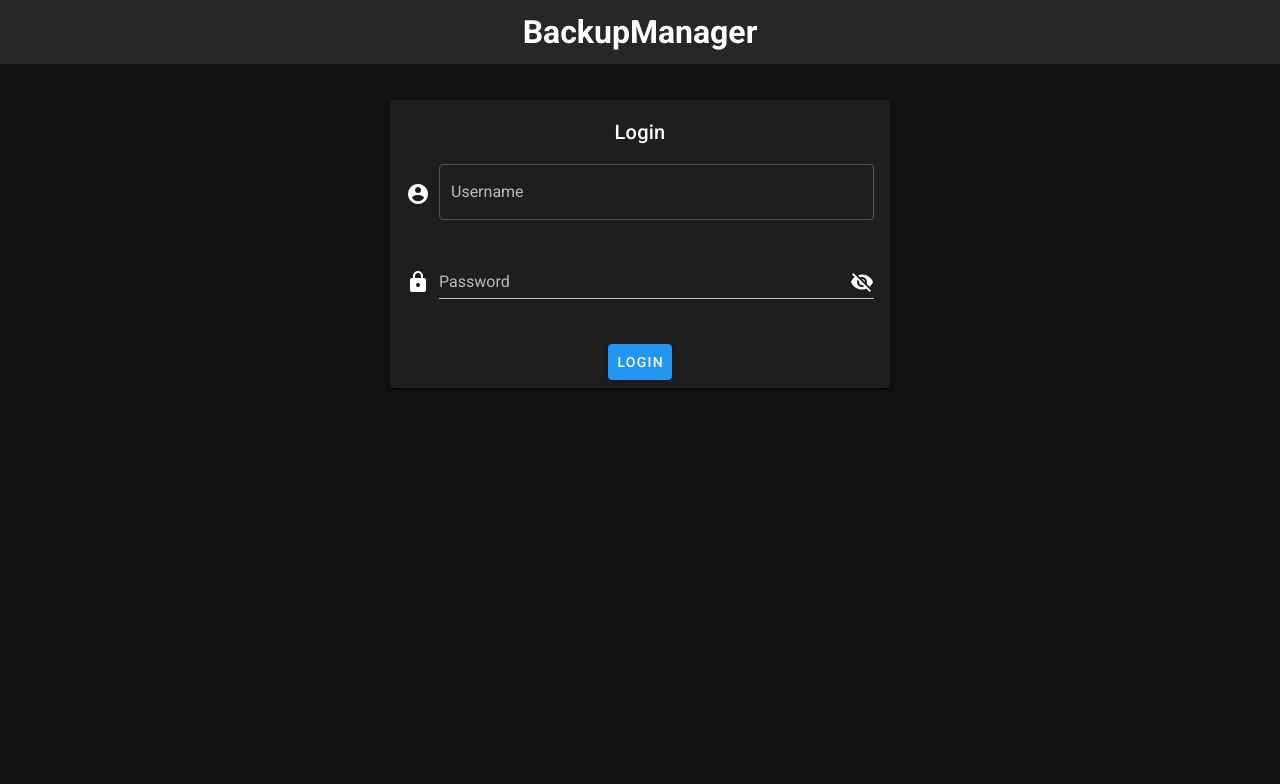
Repository: Erik966/Backup-Manager-Frontend
Page: /
An editor plug-in stored every save of this project. The page is shown before and after the next save, followed by the edit.
The browser window is 1280 px wide. The pictures show the whole page.
The project was rebuilt for these pictures with package versions that can differ from the ones it lists, and the page was loaded fresh each time. Also part of the build but not shown: vue.config.js, src/components/Navigation.vue, src/views/secure.vue, src/components/Settings.vue, src/views/settings.vue.

Above is the page before, as saved 2023-01-17 00:45:07.

### public/index.html
<!DOCTYPE html>
<html lang="en">
  <head>
    <meta charset="utf-8">
    <meta http-equiv="X-UA-Compatible" content="IE=edge">
    <meta name="viewport" content="width=device-width,initial-scale=1.0">
    <!--link rel="icon" href="<%= BASE_URL %>favicon.ico"-->
    <title>Homepagename</title>
    <link rel="stylesheet" href="https://fonts.googleapis.com/css?family=Roboto:100,300,400,500,700,900">
    <link rel="stylesheet" href="https://cdn.jsdelivr.net/npm/@mdi/font@latest/css/materialdesignicons.min.css">
  </head>
  <body>
    <noscript>
      <strong>We're sorry but <!--%= htmlWebpackPlugin.options.title %--> doesn't work properly without JavaScript enabled. Please enable it to continue.</strong>
    </noscript>
    <div id="app"></div>
    <!-- built files will be auto injected -->
  </body>
</html>

### src/App.vue
<template>
  <v-app>
    <div >
    <v-toolbar dark class="justify-center">
      <v-row>
        <v-col class="justify-center">
          <h1 align="center">BackupManager</h1>
        </v-col>
        <!-- <v-col class="text-right">
          <v-btn to="/">Login</v-btn>
          <v-btn to="/secure">Secure</v-btn>
        </v-col> -->
      </v-row>

    </v-toolbar>
  </div>
    <router-view/>
  </v-app>
</template>

<script>

export default {
  name: 'App',

  data: () => ({
    //
  }),
  methods: {

  },
};
</script>
<style scoped>

</style>

### src/router/index.js
import Vue from 'vue'
import VueRouter from 'vue-router'
import login from '../views/Login.vue'
import secure from '../views/secure.vue'
import settings from '../views/settings.vue'


Vue.use(VueRouter)

const routes = [
  {
    path: '/',
    name: 'login',
    component: login
  },
  {
    path: '/secure',
    name: 'secure',
    component: secure
  },
  {
    path: '/settings',
    name: 'settings',
    component: settings
  }

]

const router = new VueRouter({
  mode: 'history',
  base: process.env.BASE_URL,
  routes
})

export default router

### src/plugins/vuetify.js
import Vue from 'vue';
import Vuetify from 'vuetify/lib/framework';

Vue.use(Vuetify);

export default new Vuetify({
    theme: { dark: true },
    icons: {
        iconfont: 'mdiSvg',
      },
});

### src/views/Login.vue
<template>
  <Login />
</template>

<script>
  import Login from '../components/Login'

  export default {
    //name: 'Home',

    components: {
      Login,
    },
  }
</script>

### src/components/Login.vue
<template>
<v-app>
    <v-main>
       <v-alert
       border="left"
                color="red"
                type="warning"
              :value="failed"
            >
              The username or the password is incorrect.
            </v-alert>
      <v-card width="500" class="mx-auto mt-9">
        <v-card-title class="justify-center">Login</v-card-title>

        <v-card-text>
          <v-text-field  outlined v-model="username" label="Username" prepend-icon="mdi-account-circle"/>
          <v-text-field
          v-model="password"
          label="Password"
          :type="showPassword ? 'text' : 'password'"
          prepend-icon="mdi-lock"
          :append-icon="showPassword ? 'mdi-eye' : 'mdi-eye-off'"
          @click:append="showPassword = !showPassword"/>
        </v-card-text>

        <v-card-actions class="justify-center">
          <v-btn color="info" @click="login()">Login</v-btn>
        </v-card-actions>

      </v-card>
    </v-main>
</v-app>
</template>

<script>
import axios from 'axios';
import CryptoJS from "crypto-js";

export default {
  data()
  {
    return{
      username: "",
      password: "",
      showPassword:false,
      failed: false
    }
  },
  props: {
  },
   methods: {

    getRandomInt(max) {
      return Math.floor(Math.random() * max);
    },

    power(x, n, p){
      let res = 1;
      for (let i = 1; i <= n; i++) res = (res * x) % p;
      return res;
    },

    login() {


      axios.post('http://localhost:5000/login_name', {username: this.username}).then(res => {
          if (res.status === 200) {
            let x = this.getRandomInt(res.data.P-1);
            let X = this.power(res.data.G, x,res.data.P);

             localStorage.setItem("ka", this.power(res.data.Y, x, res.data.P).toString());

             localStorage.setItem("username", this.username)

             axios.post('http://localhost:5000/key', {username: this.username, X: X.toString(10)}).then(res => {
                if (res.status === 200) {
                  console.log("Key exchange");

                  let user = {
                      username: this.username,
                      password: CryptoJS.AES.encrypt(this.password, localStorage.getItem("ka")).toString()
                    }

                  axios.post('http://localhost:5000/login', user)
                      .then(res => {
                        //if successfull
                        if (res.status === 200) {
                          localStorage.setItem('token', res.data.token);
                          localStorage.setItem("key_diff", CryptoJS.AES.decrypt(res.data.secret, localStorage.getItem("ka")).toString(CryptoJS.enc.Utf8));
                          console.log("T" + localStorage.getItem("key_diff"))
                          this.$router.push('/secure');
                        }
                      }, err => {
                        this.failed = true;
                        console.log(err.response);
                      })
                    }
                  }, err => {
                    console.log(err.response);
                    return;
                  })
              }
            }, err => {
              console.log(err.response);
              return;
            })

    }
  }
}
</script>

<!-- Add "scoped" attribute to limit CSS to this component only -->
<style scoped>
h3 {
  margin: 40px 0 0;
}
ul {
  list-style-type: none;
  padding: 0;
}
li {
  display: inline-block;
  margin: 0 10px;
}
a {
  color: #42b983;
}
.h1 {
  size: 40px;
}
.hello {
  text-align: center;
  height: 100%;
  background: #AAAAAA;

}
</style>

### src/components/Secure.vue
// TODO: Component sollte file Explorer nicht Secure heißen ?

<template>
  <v-main>
    <Navigation />

    <h1 align>File Explorer</h1>
    <div class="fileExplorerContainer">
      <v-list dense rounded>
        <v-list-item v-for="item in items2" :key="item.title" link>
          <!-- <v-list-item-icon>
              <v-icon>{{ item.icon }}</v-icon>
            </v-list-item-icon> -->
          <v-list-item-icon>
            <v-icon>{{ item.icon }}</v-icon>
          </v-list-item-icon>
          <v-list-item-content @click="on_item_click(item.number)">
            <v-list-item-title>{{ item.title }}</v-list-item-title>
            <div class="buttonContainer" v-if="item.title != check_val">
              <div>
                <v-btn @click="get_download(item.title)">
                  <v-icon>{{ icons[0] }}</v-icon>
                </v-btn>
              </div>
              <div>
                <v-btn @click="remove_file(item.title)">
                  <v-icon small>mdi-delete</v-icon>
                </v-btn>
              </div>
              <div>
                <v-btn @click="move_file(item.title)">
                  <v-icon small> {{ icons[1] }}</v-icon>
                </v-btn>
              </div>
            </div>
          </v-list-item-content>
        </v-list-item>
      </v-list>
      <div class="consoleContainer">
        <div>
          <v-btn color="primary" elevation="3" raised @click="upload_files()"
            >Upload</v-btn
          >
        </div>
        <div class="fileInput">
          <template>
            <v-file-input
              label="File input"
              outlined
              dense
              filled
              show-size
              multiple
              truncate-length="15"
              background-color="#222222"
              v-model="files_to_upload"
            ></v-file-input>
            <!--             <v-file-input
                  accept=".txt"
                  label="Click here to select a .txt file"
                  outlined
files_to_upload                >  </v-file-input> -->
          </template>
        </div>
        <div>
          <v-text-field solo dark clearable v-model="dirname" label="dirname" dense />
        </div>
        <div>
          <v-btn color="primary" elevation="3" raised @click="mkdir()"
            >MkDir</v-btn
          >
        </div>
      </div>
    </div>
  </v-main>
</template>

<script>
import Navigation from "../components/Navigation.vue";
import CryptoJS from "crypto-js";
import { mdiFolder } from "@mdi/js";
import { mdiCogOutline } from "@mdi/js";
import { mdiLogout } from "@mdi/js";
import { mdiContentCopy } from "@mdi/js";

import axios from "axios";
import { mdiFileAccount } from "@mdi/js";
import { mdiTrayArrowDown } from "@mdi/js";
// import { mdiDownloadCircle } from '@mdi/js';
export default {
  components: {
    Navigation,
  },
  data: () => ({
    currentPath: [],
    files_to_upload: "",
    drawer: null,
    failed: false,
    check_val: "..",
    copy_path: "",
    copy_name: "",
    dirname: "",
    icons: [mdiTrayArrowDown, mdiContentCopy],
    items: [
      { title: "File Explorer", icon: mdiFolder },
      { title: "Settings", icon: mdiCogOutline },
      { title: "Logout", icon: mdiLogout },
    ],
    items2: [],
  }),
  created() {
    //user is not authorized
    if (localStorage.getItem("token") === null) {
      this.$router.push("/");
    }
  },
  mounted() {
    this.get_files();
  },
  methods: {
    on_item_click(number_item) {
      console.log("reached muss");
      var clicked_item = this.items2[number_item];
      console.log(clicked_item);
      if (!clicked_item["directory"]) return;
      if (clicked_item["title"] == "..") {
        this.currentPath.pop();
        this.get_files();
        return;
      }
      this.currentPath.push(clicked_item["title"]);
      this.get_files();
    },

    get_files() {
      let data = new FormData();

      console.log("D" +  localStorage.getItem("username") );
      console.log("D" + localStorage.getItem("key_diff"));
      data.append("secret", CryptoJS.AES.encrypt(localStorage.getItem("username") + localStorage.getItem("key_diff"),localStorage.getItem("ka")).toString() )
      data.append("username", localStorage.getItem("username"))
      data.append("directory", this.currentPath);
      data.append("auth", localStorage.getItem("token"));
      axios.post("http://localhost:5000/fileexplorer", data).then(
        (res) => {
          if (res.status === 200) {
            console.log("HE");
            localStorage.setItem("key_diff", CryptoJS.AES.decrypt(res.data.secret, localStorage.getItem("ka")).toString(CryptoJS.enc.Utf8));
            console.log(res.data);
            let file_list = res.data.file_list;
            this.items2 = [];
            this.items2.push({
              title: "..",
              directory: true,
              icon: mdiFolder,
              number: this.items2.length,
            });
            for (var i = 0; i < file_list.length; i++) {
              let new_val = {
                title: file_list[i]["name"],
                directory: file_list[i]["directory"],
                icon: mdiFileAccount,
                number: this.items2.length,
              };
              if (new_val["directory"]) {
                new_val["icon"] = mdiFolder;
              }
              this.items2.push(new_val);
            }
          }
        },
        (err) => {
          this.currentPath.pop();
          this.failed = true;
          console.log(err.response);
          this.error = err.response.data.error;
        }
      );
    },
    remove_file(filename) {
      let data = new FormData();

       data.append("secret", CryptoJS.AES.encrypt(localStorage.getItem("username") + localStorage.getItem("key_diff"),localStorage.getItem("ka")).toString() )
      data.append("username", localStorage.getItem("username"))
      data.append("directory", this.currentPath);
      data.append("delete_file", filename);
      data.append("auth", localStorage.getItem("token"));
      axios
        .post("http://localhost:5000/remove_file", data)
        .then((response) => {
          localStorage.setItem("key_diff", CryptoJS.AES.decrypt(response.data.secret, localStorage.getItem("ka")).toString(CryptoJS.enc.Utf8));
          console.log(response);
          this.get_files();
        })
        .catch(console.error);
    },
    mkdir() {
      console.log(this.dirname);
      if (this.dirname === "") return;
      console.log("ok");
      let data = new FormData();

       data.append("secret", CryptoJS.AES.encrypt(localStorage.getItem("username") + localStorage.getItem("key_diff"),localStorage.getItem("ka")).toString() )
      data.append("username", localStorage.getItem("username"))
      data.append("directory", this.currentPath);
      data.append("dirname", this.dirname);
      data.append("auth",  localStorage.getItem("token"));
      axios.post("http://localhost:5000//mkdir", data).then((response) => {
        console.log(response);
        localStorage.setItem("key_diff", CryptoJS.AES.decrypt(response.data.secret, localStorage.getItem("ka")).toString(CryptoJS.enc.Utf8));
        this.get_files();
      });
      this.dirname = "";
    },
    get_download(filename) {
      let data = new FormData();

      data.append("secret", CryptoJS.AES.encrypt(localStorage.getItem("username") + localStorage.getItem("key_diff"),localStorage.getItem("ka")).toString() )
      data.append("username", localStorage.getItem("username"))
      data.append("directory", this.currentPath);
      data.append("download", filename);
      data.append("auth", localStorage.getItem("token"));
      axios
        .get("http://localhost:5000/download", {
          responseType: "blob",
          params: {
            directory: this.currentPath,
            file_name: filename,
            auth: localStorage.getItem("token"),
            username: localStorage.getItem("username"),
            secret: CryptoJS.AES.encrypt(localStorage.getItem("username") + localStorage.getItem("key_diff"),localStorage.getItem("ka")).toString(),

          },
        })
        .then((response) => {
          localStorage.setItem("key_diff", localStorage.getItem("key_diff") + "1");
          const url = window.URL.createObjectURL(new Blob([response.data]));
          const link = document.createElement("a");
          link.href = url;
          link.setAttribute("download", "download.zip");
          document.body.appendChild(link);
          link.click();
        })
        .catch(console.error);
    },
    upload_files() {
      // was ist das problem ?
      console.log(this.files_to_upload);

      let data = new FormData();
      for (var i = 0; i < this.files_to_upload.length; i++) {
        let file = this.files_to_upload[i];
        data.append("files" + i, file);
      }
       data.append("secret", CryptoJS.AES.encrypt(localStorage.getItem("username") + localStorage.getItem("key_diff"),localStorage.getItem("ka")).toString() )
      data.append("username", localStorage.getItem("username"))
      data.append("auth", localStorage.getItem("token"));
      data.append("directory", this.currentPath);
      axios.post("http://localhost:5000//upload", data).then((response) => {
        console.log(response);
        this.get_files();
        localStorage.setItem("key_diff", CryptoJS.AES.decrypt(response.data.secret, localStorage.getItem("ka")).toString(CryptoJS.enc.Utf8));
      });
    },
  },
};
</script>

<style>
h1 {
  text-align: center;
}
.fileExplorerContainer {
  padding: 16px;
}
input {
  background-color: #0077ff;
  color: black;
}
.consoleContainer {
  padding-top: 16px;
  display: flex;
  flex-direction: row;
  justify-content: space-between;
  max-width: 600px;
  gap: 10px;
}
.buttonContainer {
  padding-top: 8px;
  display: flex;
  flex-direction: row;
  justify-content: flex-start;
  gap: 16px;
}
.fileInput {
  width: 240px;
}
</style>

Loaded but not shown: src/main.js (common file)

After the next save:
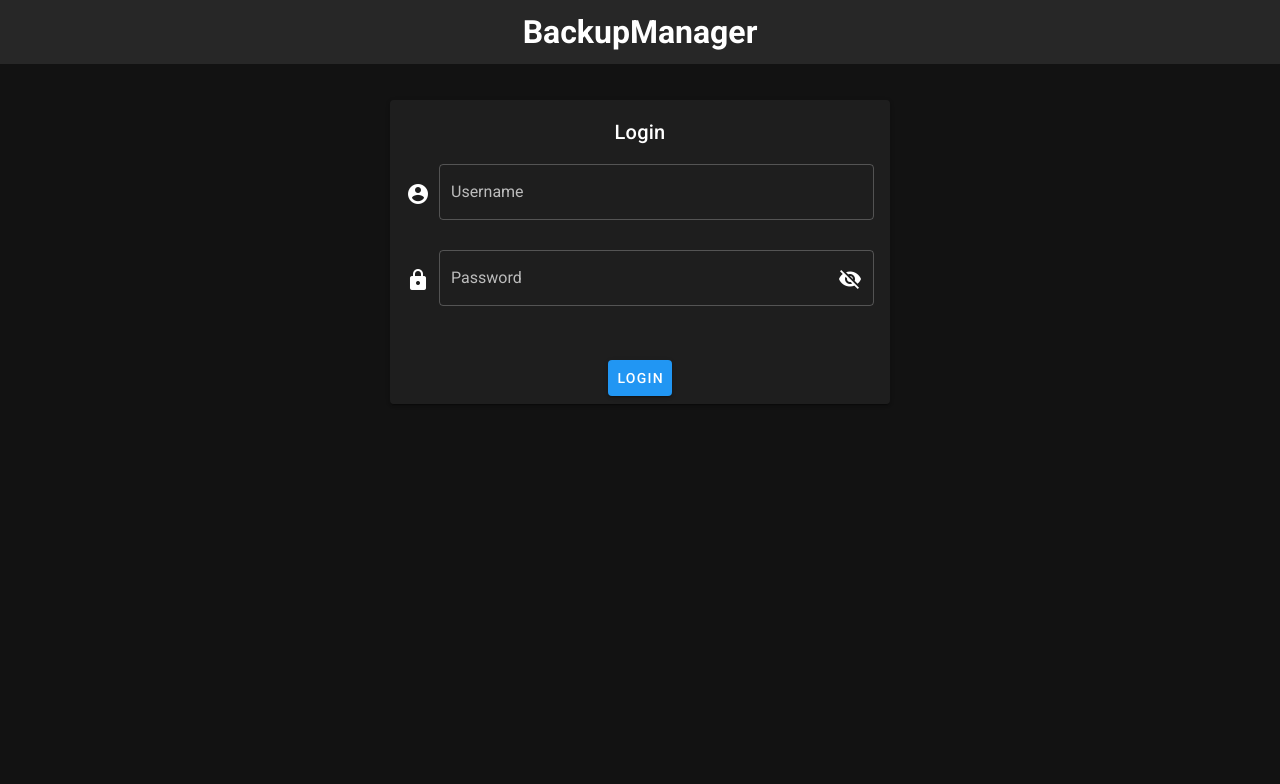
Saved 38 s later.
--- a/src/components/Login.vue
+++ b/src/components/Login.vue
@@ -15,6 +15,7 @@
         <v-card-text>
           <v-text-field  outlined v-model="username" label="Username" prepend-icon="mdi-account-circle"/>
           <v-text-field
+          outlined
           v-model="password"
           label="Password"
           :type="showPassword ? 'text' : 'password'"
